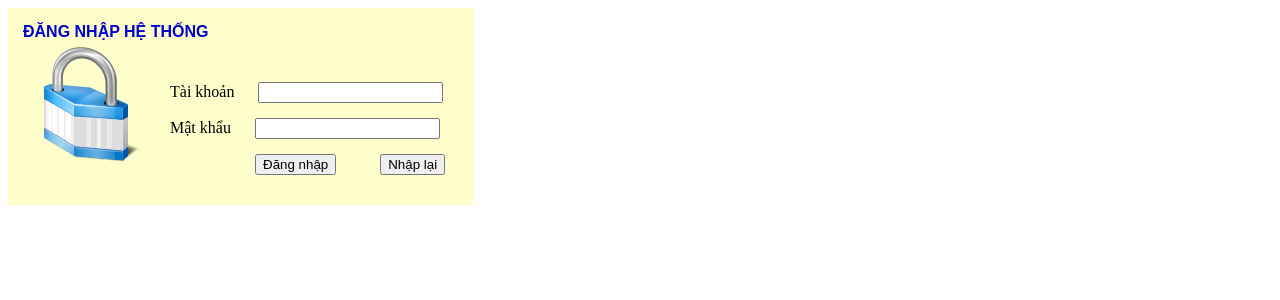
Repository: AnhDuc0125/HTML-Aptech
Page: bt2092/index.html
An editor plug-in stored every save of this project. The page is shown before and after the next save, followed by the edit.
The browser window is 1280 px wide. The pictures show the whole page.

Above is the page before, as saved 2021-12-03 20:17:55.

### bt2092/index.html
<!DOCTYPE html>
<html lang="en">
<head>
    <meta charset="UTF-8">
    <meta http-equiv="X-UA-Compatible" content="IE=edge">
    <meta name="viewport" content="width=device-width, initial-scale=1.0">
    <link rel="stylesheet" href="style.css">
    <title>Test</title>
</head>
<body>
    <div class="container">
        <div class="wrapper">
            <div class="text">Đăng nhập hệ thống</div>
            <img src="./photos/login.png" alt="" class="img">
            <div class="login">
                    <form action="post">
                        <div class="form-control">
                            <label for="">Tài khoản</label>
                            <input type="text" required>
                        </div>
                        <div class="form-control">
                            <label for="">Mật khẩu</label>
                            <input type="password" required>
                        </div>
                            <button type="submit">Đăng nhập</button>
                            <button>Nhập lại</button>
                    </form>
            </div>
        </div>
    </div>
</body>
</html>

### bt2092/style.css
.container {
    background-color: #FFFFCC;
    display: inline-block;
    padding: 15px;
}



.text {
    text-transform: uppercase;
    color: #0000cc;
    font-weight: bold;
    font-family: Arial, Helvetica, sans-serif;
}

.img, .login {
    display: inline-block;
}

.login {
    margin: 15px;

}

.form-control {
    margin-bottom: 15px;
}

input {
    margin-left: 20px;
}

button {
    margin-left: 40px;
    transform: translateX(45px);
}

After the next save:
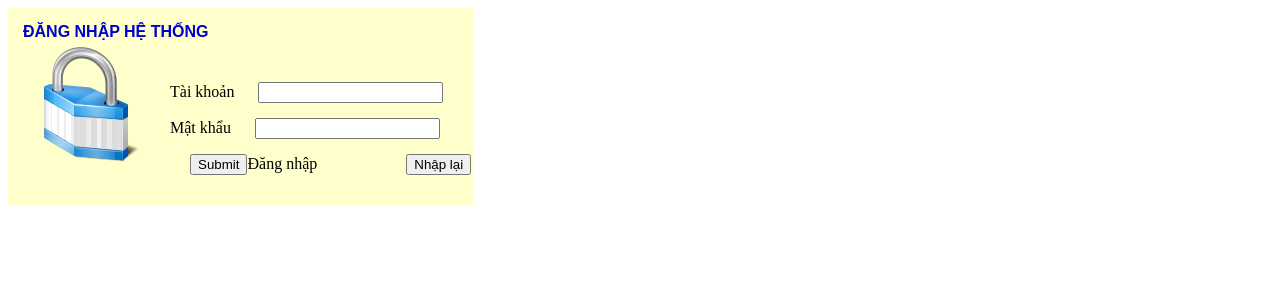
Saved 18 s later.
--- a/bt2092/index.html
+++ b/bt2092/index.html
@@ -22,7 +22,7 @@
                             <label for="">Mật khẩu</label>
                             <input type="password" required>
                         </div>
-                            <button type="submit">Đăng nhập</button>
+                            <input type="submit">Đăng nhập</input>
                             <button>Nhập lại</button>
                     </form>
             </div>

After the save that followed:
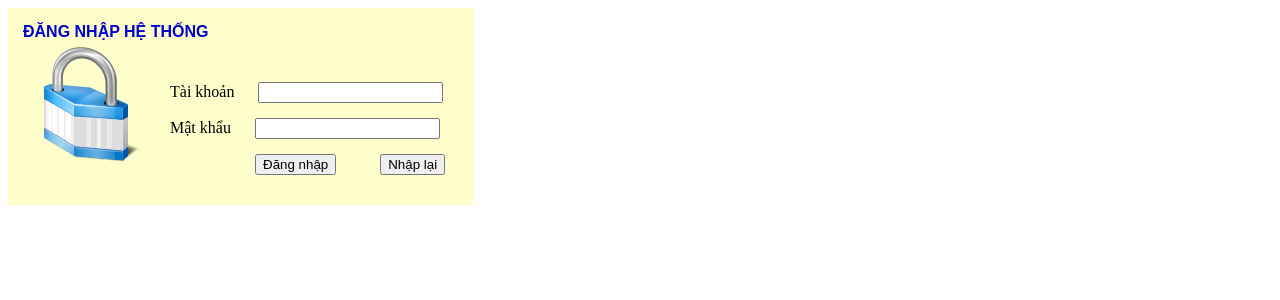
Saved 9 s later.
--- a/bt2092/index.html
+++ b/bt2092/index.html
@@ -22,7 +22,7 @@
                             <label for="">Mật khẩu</label>
                             <input type="password" required>
                         </div>
-                            <input type="submit">Đăng nhập</input>
+                            <button type="submit">Đăng nhập</button>
                             <button>Nhập lại</button>
                     </form>
             </div>
